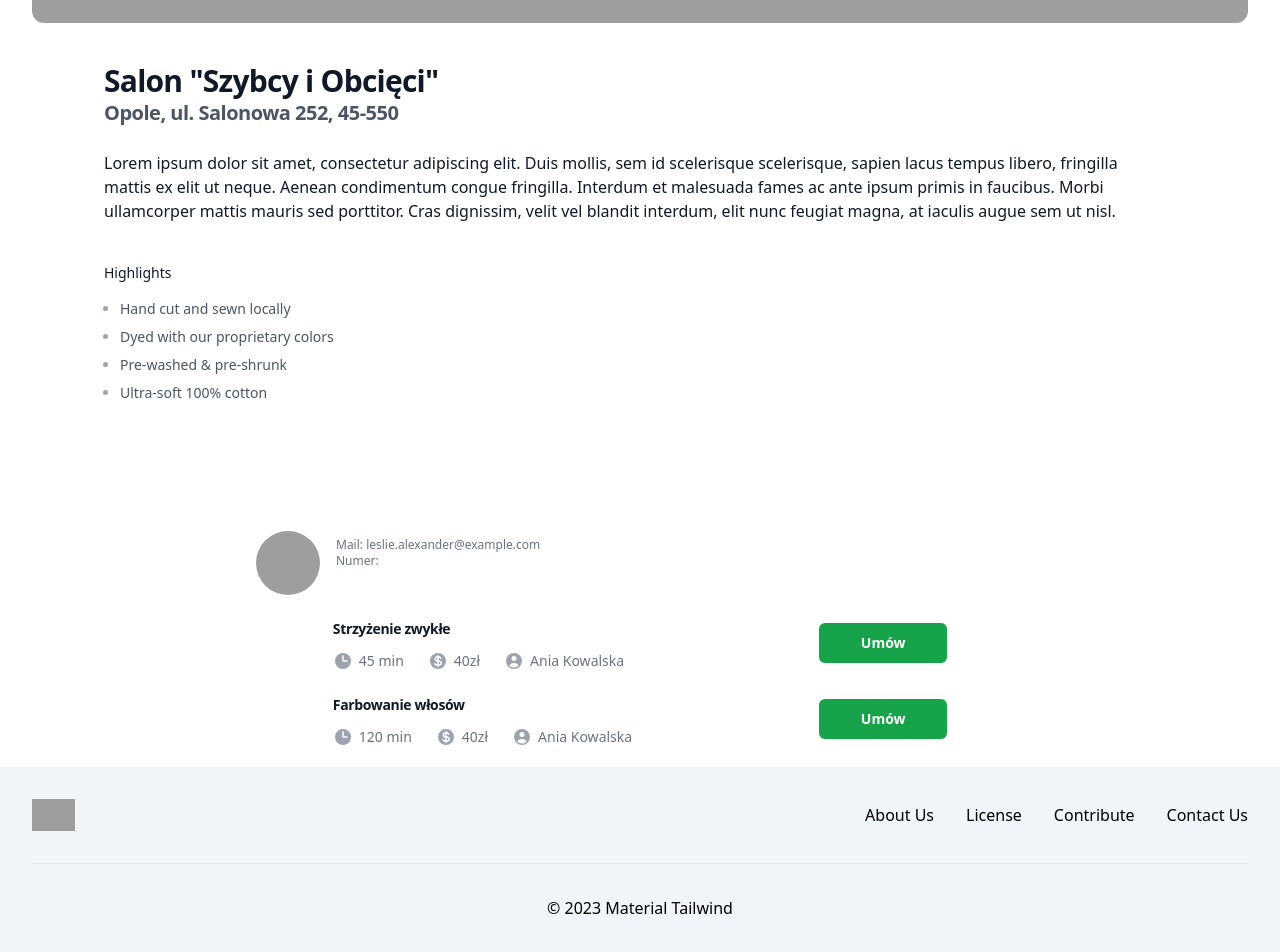
Repository: PrzemyslawJura/my-app
Page: /stronasalonu (app in frontend/)
The author's editor kept a copy of each file at every save. The page is drawn from the files as they stood at one save, then again after the next save.
The browser window is 1280 px wide. The pictures show the part of the page from y = 493 to 1445 px (the page is 1445 px tall).
Pictures or frames that could not be fetched are drawn as grey boxes. The project was rebuilt for these pictures with package versions that can differ from the ones it lists, and the page was loaded fresh each time. Also part of the build but not shown: frontend/src/components/Location.jsx, frontend/src/home/Feature.jsx, frontend/src/shared_np_buttony_inputy_kalendarze_itp/PaginationTile.jsx, frontend/src/home/Pagination.jsx, frontend/src/home/Listbox.jsx, frontend/src/home/StepOne.jsx, frontend/src/home/StepTwo.jsx, frontend/src/home/SalonOffer.jsx and 19 more.

Above is the page before, as saved 2023-11-24 12:43:28.

### frontend/src/index.css
@tailwind base;
html {
  scroll-behavior: smooth;
}

@tailwind components;
@tailwind utilities;

### frontend/src/core/App.jsx
import BrowserRoutes from "./BrowserRoutes"
import FooterWithLogo from "./Footer"
import NavbarBiznes from "./NavbarBiznes";
import NavbarHome from "./NavbarHome";



export default function App() {
  let navigationBar = <NavbarHome/>
  function userIsLogin(user)
  {
    if (user == false) navigationBar = <NavbarBiznes/>
    else navigationBar = <NavbarHome/>
  }
  return (
    <>
      {userIsLogin(false)}
      {navigationBar}
      <BrowserRoutes/>
      <FooterWithLogo/>
    </>
  )
}

### frontend/src/core/BrowserRoutes.jsx
import Home from "../home/Home"
import CalendarOfWork from "../biznes/CalendarOfWork"
import SalonPage from "../biznes/SalonPage"
import Workers from "../biznes/Workers"
import Services from "../biznes/Services"
import { Route, Routes } from "react-router-dom"
import NavbarBiznes from "./NavbarBiznes"

export default function BrowserRoutes() {
  return (
      <Routes>
        <Route path="/" element={<Home/>}/>
        <Route path="/stronasalonu" element={<SalonPage/>}/>
        <Route path="/pracownicy" element={<Workers/>}/>
        <Route path="/kalendarz" element={<CalendarOfWork/>}/>
        <Route path="/oferta" element={<Services/>}/>
      </Routes>
  )
}

### frontend/src/core/Footer.jsx
import { Typography } from "@material-tailwind/react";

export default function FooterWithLogo() {
  return (
    <footer id="footer" className="w-full p-8 bg-slate-100">
      <div className="flex flex-row flex-wrap items-center justify-center gap-y-6 gap-x-12 text-center md:justify-between">
      <img
        className="h-8 w-auto"
        src="https://tailwindui.com/img/logos/mark.svg?color=green&shade=600"
        alt=""
      />
        <ul className="flex flex-wrap items-center gap-y-2 gap-x-8">
          <li>
            <Typography
              as="a"
              href="#"
              color="blue-gray"
              className="font-normal transition-colors hover:text-blue-500 focus:text-blue-500"
            >
              About Us
            </Typography>
          </li>
          <li>
            <Typography
              as="a"
              href="#"
              color="blue-gray"
              className="font-normal transition-colors hover:text-blue-500 focus:text-blue-500"
            >
              License
            </Typography>
          </li>
          <li>
            <Typography
              as="a"
              href="#"
              color="blue-gray"
              className="font-normal transition-colors hover:text-blue-500 focus:text-blue-500"
            >
              Contribute
            </Typography>
          </li>
          <li>
            <Typography
              as="a"
              href="#"
              color="blue-gray"
              className="font-normal transition-colors hover:text-blue-500 focus:text-blue-500"
            >
              Contact Us
            </Typography>
          </li>
        </ul>
      </div>
      <hr className="my-8 border-blue-gray-50" />
      <Typography color="blue-gray" className="text-center font-normal">
        &copy; 2023 Material Tailwind
      </Typography>
    </footer>
  );
}

### frontend/src/biznes/SalonPage.jsx
import Salon from "./Salon"
import Hairdresser from "../components/Hairdresser"
import OneService from "../components/OneService"
import MainButton from "../shared_np_buttony_inputy_kalendarze_itp/MainButton"

const people = [
  {
    name: 'Leslie Alexander',
    email: 'leslie.alexander@example.com',
    telephone: '213 123 123',
    role: 'Co-Founder / CEO',
    imageUrl:
      'https://images.unsplash.com/photo-1494790108377-be9c29b29330?ixlib=rb-1.2.1&ixid=eyJhcHBfaWQiOjEyMDd9&auto=format&fit=facearea&facepad=2&w=256&h=256&q=80',
    lastSeen: '3h ago',
    lastSeenDateTime: '2023-01-23T13:23Z',
  },
  {
    name: 'Michael Foster',
    email: 'michael.foster@example.com',
    role: 'Co-Founder / CTO',
    imageUrl:
      'https://images.unsplash.com/photo-1519244703995-f4e0f30006d5?ixlib=rb-1.2.1&ixid=eyJhcHBfaWQiOjEyMDd9&auto=format&fit=facearea&facepad=2&w=256&h=256&q=80',
    lastSeen: '3h ago',
    lastSeenDateTime: '2023-01-23T13:23Z',
  },
  {
    name: 'Dries Vincent',
    email: 'dries.vincent@example.com',
    role: 'Business Relations',
    imageUrl:
      'https://images.unsplash.com/photo-1506794778202-cad84cf45f1d?ixlib=rb-1.2.1&ixid=eyJhcHBfaWQiOjEyMDd9&auto=format&fit=facearea&facepad=2&w=256&h=256&q=80',
    lastSeen: null,
  },
  {
    name: 'Lindsay Walton',
    email: 'lindsay.walton@example.com',
    role: 'Front-end Developer',
    imageUrl:
      'https://images.unsplash.com/photo-1517841905240-472988babdf9?ixlib=rb-1.2.1&ixid=eyJhcHBfaWQiOjEyMDd9&auto=format&fit=facearea&facepad=2&w=256&h=256&q=80',
    lastSeen: '3h ago',
    lastSeenDateTime: '2023-01-23T13:23Z',
  },
  {
    name: 'Courtney Henry',
    email: 'courtney.henry@example.com',
    role: 'Designer',
    imageUrl:
      'https://images.unsplash.com/photo-1438761681033-6461ffad8d80?ixlib=rb-1.2.1&ixid=eyJhcHBfaWQiOjEyMDd9&auto=format&fit=facearea&facepad=2&w=256&h=256&q=80',
    lastSeen: '3h ago',
    lastSeenDateTime: '2023-01-23T13:23Z',
  },
  {
    name: 'Tom Cook',
    email: 'tom.cook@example.com',
    role: 'Director of Product',
    imageUrl:
      'https://images.unsplash.com/photo-1472099645785-5658abf4ff4e?ixlib=rb-1.2.1&ixid=eyJhcHBfaWQiOjEyMDd9&auto=format&fit=facearea&facepad=2&w=256&h=256&q=80',
    lastSeen: null,
  },
]

const services = [
  {
    name: 'Strzyżenie zwykłe',
    time: '45',
    price: '40',
    hairdresser: 'Ania Kowalska',
    active: true,
  },
  {
    name: 'Farbowanie włosów',
    time: '120',
    price: '40',
    hairdresser: 'Ania Kowalska',
    active: true,
  }
]


export default function SalonPage() {
  return (
    <>
      <Salon/>
      <div className="w-3/5 m-auto">
        <Hairdresser person={people[0]}/>
        <div className="w-4/5 m-auto my-5 flex justify-between">
          <OneService service={services[0]}/>
          <MainButton text="Umów"/>
        </div>
        <div className="w-4/5 m-auto my-5 flex justify-between">
          <OneService service={services[1]}/>
          <MainButton text="Umów"/>
        </div>


      </div>
    </>
  )
}

### frontend/src/shared_np_buttony_inputy_kalendarze_itp/MainButton.jsx
export default function MainButton({text}) {
    return (
        <button
        type="submit"
        className="w-20 sm:w-32 flex-none rounded-md bg-green-600 px-3.5 py-2.5 text-sm font-semibold max-h-10 my-auto
                   text-white shadow-sm hover:bg-green-400 focus-visible:outline focus-visible:outline-2
                   focus-visible:outline-offset-2 focus-visible:outline-indigo-500"
        >
        {text}
        </button>
    )}

### frontend/src/biznes/Salon.jsx
import { StarIcon } from '@heroicons/react/20/solid'
import { CarouselDefault } from '../components/CarouselDefault'

const product = {
  name: 'Salon "Szybcy i Obcięci"',
  city: 'Opole',
  street: 'ul. Salonowa 252',
  code: '45-550',
  price: '$192',
  href: '#',
  breadcrumbs: [
    { id: 1, name: 'Opole', href: '#' }
  ],
  images: [
    {
      src: 'https://tailwindui.com/img/ecommerce-images/product-page-02-secondary-product-shot.jpg',
      alt: 'Two each of gray, white, and black shirts laying flat.',
    },
    {
      src: 'https://tailwindui.com/img/ecommerce-images/product-page-02-tertiary-product-shot-01.jpg',
      alt: 'Model wearing plain black basic tee.',
    },
    {
      src: 'https://tailwindui.com/img/ecommerce-images/product-page-02-tertiary-product-shot-02.jpg',
      alt: 'Model wearing plain gray basic tee.',
    },
    {
      src: 'https://tailwindui.com/img/ecommerce-images/product-page-02-featured-product-shot.jpg',
      alt: 'Model wearing plain white basic tee.',
    },
  ],
  description:
    'Lorem ipsum dolor sit amet, consectetur adipiscing elit. Duis mollis, sem id scelerisque scelerisque, sapien lacus tempus libero, fringilla mattis ex elit ut neque. Aenean condimentum congue fringilla. Interdum et malesuada fames ac ante ipsum primis in faucibus. Morbi ullamcorper mattis mauris sed porttitor. Cras dignissim, velit vel blandit interdum, elit nunc feugiat magna, at iaculis augue sem ut nisl. ',
  highlights: [
    'Hand cut and sewn locally',
    'Dyed with our proprietary colors',
    'Pre-washed & pre-shrunk',
    'Ultra-soft 100% cotton',
  ],
}
const reviews = { href: '#', average: 3.5, totalCount: 117 }

function classNames(...classes) {
  return classes.filter(Boolean).join(' ')
}

export default function Salon() {

  return (
    <div className="bg-white">
      <div className="pt-6">
        <nav aria-label="Breadcrumb">
          <ol role="list" className="mx-auto flex max-w-2xl items-center space-x-2 px-4 sm:px-6 lg:max-w-7xl lg:px-8">
            {product.breadcrumbs.map((breadcrumb) => (
              <li key={breadcrumb.id}>
                <div className="flex items-center">
                  <a href={breadcrumb.href} className="mr-2 text-sm font-medium text-gray-900">
                    {breadcrumb.name}
                  </a>
                  <svg
                    width={16}
                    height={20}
                    viewBox="0 0 16 20"
                    fill="currentColor"
                    aria-hidden="true"
                    className="h-5 w-4 text-gray-300"
                  >
                    <path d="M5.697 4.34L8.98 16.532h1.327L7.025 4.341H5.697z" />
                  </svg>
                </div>
              </li>
            ))}
            <li className="text-sm">
              <a href={product.href} aria-current="page" className="font-medium text-gray-500 hover:text-gray-600">
                {product.name}
              </a>
            </li>
          </ol>
        </nav>

        {/* Image gallery */}
        <div className="mx-auto mt-6 max-w-2xl sm:px-6  lg:max-w-7xl  lg:px-8 rounded-xl h-96 overflow-x-hidden">
              <CarouselDefault/>
        </div>

        {/* Product info */}
        <div className="mx-auto px-10 pb-16 pt-10 sm:px-10 max-w-6xl ">
          <div className="lg:col-span-2 lg:pr-8">
            <h1 className="text-2xl font-bold tracking-tight text-gray-900 sm:text-3xl">{product.name}</h1>
            <h3 className="text-xl font-semibold tracking-tight text-gray-600">{product.city}, {product.street}, {product.code}</h3>
          </div>

          {/* Options */}
{/*} lg:grid lg:max-w-7xl lg:grid-cols-3 lg:grid-rows-[auto,auto,1fr] lg:gap-x-8 lg:px-8 lg:pb-24 lg:pt-16 max-w-2xl
          <div className="mt-4 lg:row-span-3 lg:mt-0">{*/}
            {/* Reviews */}{/*}
            <div className="mt-6">
              <h3 className="sr-only">Reviews</h3>
              <div className="flex items-center">
                <div className="flex items-center">
                  {[0, 1, 2, 3, 4].map((rating) => (
                    <StarIcon
                      key={rating}
                      className={classNames(
                        reviews.average > rating ? 'text-gray-900' : 'text-gray-200',
                        'h-5 w-5 flex-shrink-0'
                      )}
                      aria-hidden="true"
                    />
                  ))}
                </div>
                <p className="sr-only">{reviews.average} out of 5 stars</p>
                <a href={reviews.href} className="ml-3 text-sm font-medium text-indigo-600 hover:text-indigo-500">
                  {reviews.totalCount} reviews
                </a>
              </div>
            </div>

            <form className="mt-10">
              <button
                type="submit"
                className="mt-10 flex w-full items-center justify-center rounded-md border border-transparent bg-indigo-600 px-8 py-3 text-base font-medium text-white hover:bg-indigo-700 focus:outline-none focus:ring-2 focus:ring-indigo-500 focus:ring-offset-2"
              >
                Dodaj ocene
              </button>
            </form>

          </div>
        {*/}
          <div className="py-10 lg:col-span-2 lg:col-start-1 lg:pb-16 lg:pr-8 lg:pt-6">
            {/* Description and details */}
            <div>
              <h3 className="sr-only">Description</h3>

              <div className="space-y-6">
                <p className="text-base text-gray-900">{product.description}</p>
              </div>
            </div>

            <div className="mt-10">
              <h3 className="text-sm font-medium text-gray-900">Highlights</h3>

              <div className="mt-4">
                <ul role="list" className="list-disc space-y-2 pl-4 text-sm">
                  {product.highlights.map((highlight) => (
                    <li key={highlight} className="text-gray-400">
                      <span className="text-gray-600">{highlight}</span>
                    </li>
                  ))}
                </ul>
              </div>
            </div>

          </div>
        </div>
      </div>
    </div>
  )
}

### frontend/src/components/Hairdresser.jsx
export default function Hairdresser({person}) {
    return (
      <>
          <div className="flex min-w-0 gap-x-4">
            <img className="h-16 w-16 flex-none rounded-full bg-gray-50 object-cover" src={process.env.PUBLIC_URL + "/Photos/" + person.salonId + "/" + "photo" + person.id + ".jpg"} alt="" />
            <div className="min-w-0 flex-auto">
              <p className="text-sm font-semibold leading-6 text-gray-900">{person.firstName} {person.secondName}</p>
              <p className="mt-1 truncate text-xs leading-5 text-gray-500">Mail: {person.email}</p>
              <p className="truncate text-xs leading-3 text-gray-500">Numer: {person.phoneNumber}</p>
            </div>
          </div>
    </>
  )}

### frontend/src/components/OneService.jsx
import {
    ClockIcon,
    CurrencyDollarIcon,
    UserCircleIcon,
  } from '@heroicons/react/20/solid'

export default function OneService({service}) {
    return (
        <div className="min-w-0 flex-1">
          <h2 className="text-sm font-semibold leading-7 text-gray-900 sm:truncate sm:tracking-tight">
            {service.name}
          </h2>
          <div className="mt-1 flex flex-col sm:mt-0 sm:flex-row sm:flex-wrap sm:space-x-6">
            <div className="mt-2 flex items-center text-sm text-gray-500">
              <ClockIcon className="mr-1.5 h-5 w-5 flex-shrink-0 text-gray-400" aria-hidden="true" />
              {service.time} min
            </div>
            <div className="mt-2 flex items-center text-sm text-gray-500">
              <CurrencyDollarIcon className="mr-1.5 h-5 w-5 flex-shrink-0 text-gray-400" aria-hidden="true" />
              {service.price}zł
            </div>
            <div className="mt-2 flex items-center text-sm text-gray-500">
              <UserCircleIcon className="mr-1.5 h-5 w-5 flex-shrink-0 text-gray-400" aria-hidden="true" />
              {service.hairdresser}
            </div>
          </div>
        </div>
    )}

### frontend/src/components/CarouselDefault.jsx
import { Carousel, IconButton } from "@material-tailwind/react";

export function CarouselDefault() {
  return (
    <Carousel
      className="rounded-xl"
      prevArrow={({ handlePrev }) => (
        <IconButton
          variant="text"
          color="white"
          size="lg"
          onClick={handlePrev}
          className="!absolute top-2/4 left-4 -translate-y-2/4"
        >
          <svg
            xmlns="http://www.w3.org/2000/svg"
            fill="none"
            viewBox="0 0 24 24"
            strokeWidth={2}
            stroke="currentColor"
            className="h-6 w-6"
          >
            <path
              strokeLinecap="round"
              strokeLinejoin="round"
              d="M10.5 19.5L3 12m0 0l7.5-7.5M3 12h18"
            />
          </svg>
        </IconButton>
      )}
      nextArrow={({ handleNext }) => (
        <IconButton
          variant="text"
          color="white"
          size="lg"
          onClick={handleNext}
          className="!absolute top-2/4 !right-4 -translate-y-2/4"
        >
          <svg
            xmlns="http://www.w3.org/2000/svg"
            fill="none"
            viewBox="0 0 24 24"
            strokeWidth={2}
            stroke="currentColor"
            className="h-6 w-6"
          >
            <path
              strokeLinecap="round"
              strokeLinejoin="round"
              d="M13.5 4.5L21 12m0 0l-7.5 7.5M21 12H3"
            />
          </svg>
        </IconButton>
      )}
    >
      <img
        src="https://images.unsplash.com/photo-1592647420148-bfcc177e2117?ixlib=rb-4.0.3&ixid=M3wxMjA3fDB8MHxwaG90by1wYWdlfHx8fGVufDB8fHx8fA%3D%3D&auto=format&fit=crop&w=2039&q=80"
        alt="image 1"
        className="h-full w-full object-cover"
      />
      <img
        src="https://images.unsplash.com/photo-1634480256802-7cb50e5a196a?ixlib=rb-4.0.3&ixid=M3wxMjA3fDB8MHxzZWFyY2h8Nnx8YmFyYmVyc2hvcHxlbnwwfDB8MHx8fDI%3D&auto=format&fit=crop&w=400&q=60"
        alt="image 2"
        className="h-full w-full object-cover"
      />
      <img
        src="https://images.unsplash.com/photo-1622288432450-277d0fef5ed6?ixlib=rb-4.0.3&ixid=M3wxMjA3fDB8MHxwaG90by1wYWdlfHx8fGVufDB8fHx8fA%3D%3D&auto=format&fit=crop&w=2070&q=80"
        alt="image 3"
        className="h-full w-full object-cover"
      />
    </Carousel>
  );
}

Loaded but not shown: frontend/public/index.html (common file); frontend/src/reportWebVitals.js (common file); frontend/src/index.js (20 lines, source omitted); frontend/tailwind.config.js (19 lines, source omitted); frontend/src/core/NavbarBiznes.jsx (146 lines, source omitted)

After the next save:
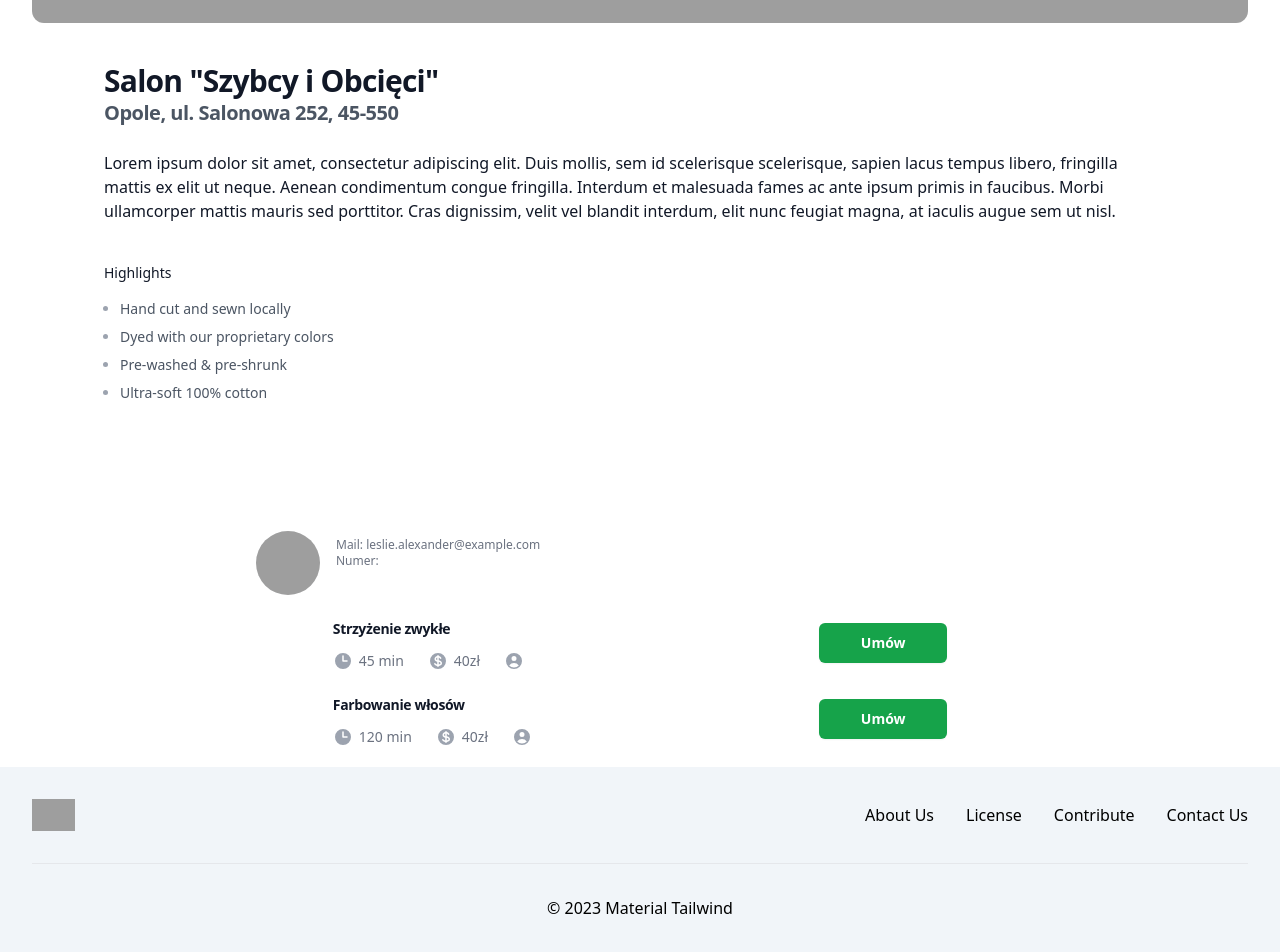
Saved 19 min 46 s later.
--- a/frontend/src/components/OneService.jsx
+++ b/frontend/src/components/OneService.jsx
@@ -21,7 +21,7 @@ export default function OneService({service}) {
             </div>
             <div className="mt-2 flex items-center text-sm text-gray-500">
               <UserCircleIcon className="mr-1.5 h-5 w-5 flex-shrink-0 text-gray-400" aria-hidden="true" />
-              {service.hairdresser}
+              {service.workerFirstName} {service.workerSecondName}
             </div>
           </div>
         </div>
